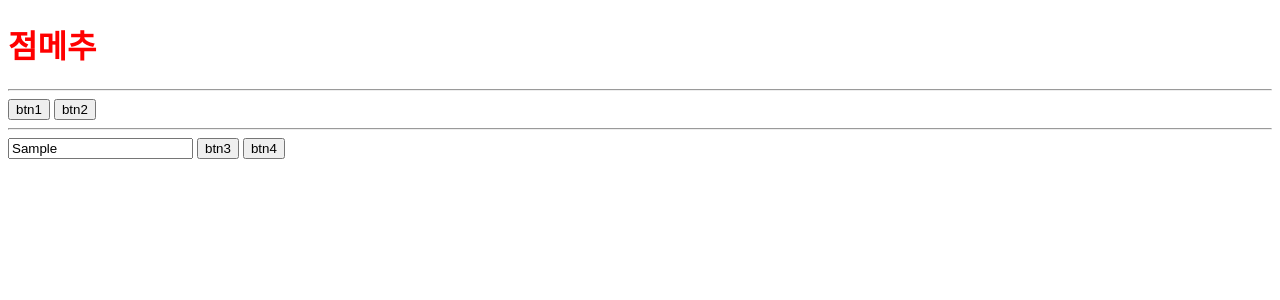
Repository: womss/sexyguy
Page: Spring/Feb13_1_jQuery/WebContent/2_CSS.html
The author's editor kept a copy of each file at every save. The page is drawn from the files as they stood at one save, then again after the next save.
The browser window is 1280 px wide. The pictures show the whole page.
Empty fields were first filled with sample values (such as "Sample", 5 or name@example.com).
After loading, the first visible `#btn1` was clicked once.

Above is the page before, as saved 2025-02-13 03:17:31.
Console error: TypeError: "h1".css is not a function

### Spring/Feb13_1_jQuery/WebContent/2_CSS.html
<!DOCTYPE html>
<html>
<head>
<meta charset="UTF-8">
<title>Insert title here</title>
<style type="text/css">
	h1 {
		color: red;
		transition: all 0.5s ease-out;
	}



		</style>
</script>
<script type="text/javascript" src="jQuery.js"></script>
<script type="text/javascript">
	$(function() {
		// $("선택자").css("속성명","값");

		// btn1을 누르면 h1의 글자색이 teal,
		//			h1의 배경색이 pink로 바뀌게

		// btn2을 누르면 현재 h1의 글자색을 alert창에 출력!

		// btn3을 누르면 input에 입력한 값대로 h1의 글자크기가 바뀌도록!

		// btn4를 누르면 input의 가로길이를 input에 값으로 출력

		$("#btn1").click(() => {
			("h1").css("color", "teal");
		});


	});
</script>
</head>
<body>
	<h1>점메추</h1>
	<hr>
	<button id="btn1">btn1</button>
	<button id="btn2">btn2</button>
	<hr>
	<input id="i">
	<button id="btn3">btn3</button>
	<button id="btn4">btn4</button>
</body>
</html>

Loaded but not shown: Spring/Feb13_1_jQuery/WebContent/jQuery.js (library)

After the next save:
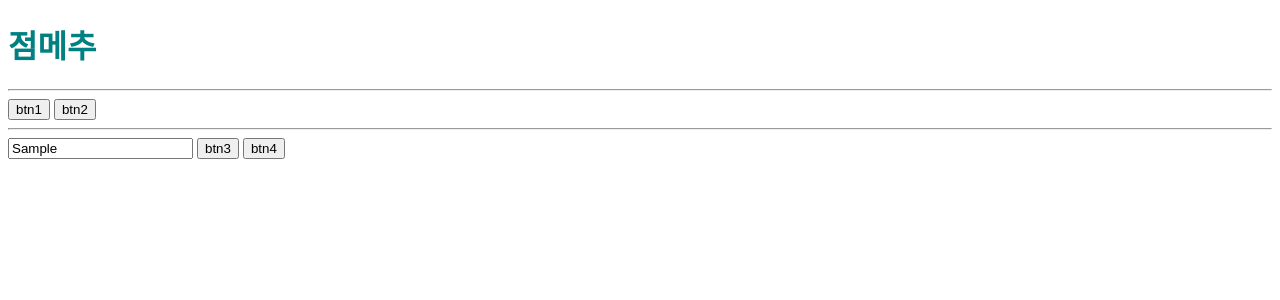
The error is gone.
Saved 8 s later.
--- a/Spring/Feb13_1_jQuery/WebContent/2_CSS.html
+++ b/Spring/Feb13_1_jQuery/WebContent/2_CSS.html
@@ -28,7 +28,7 @@
 		// btn4를 누르면 input의 가로길이를 input에 값으로 출력
 
 		$("#btn1").click(() => {
-			("h1").css("color", "teal");
+			$("h1").css("color", "teal");
 		});
 
 
